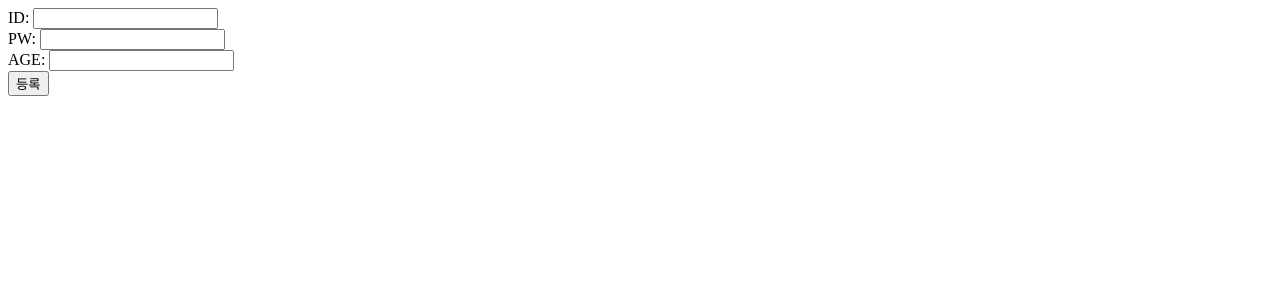
Repository: rmh6363/javastudy
Page: http://localhost/Test/insert.jsp
An editor plug-in stored every save of this project. The page is shown before and after the next save, followed by the edit.
The browser window is 1280 px wide. The pictures show the whole page.
The page is served by Tomcat 9.

Above is the page before, as saved 2021-01-03 05:01:14.

After the next save:
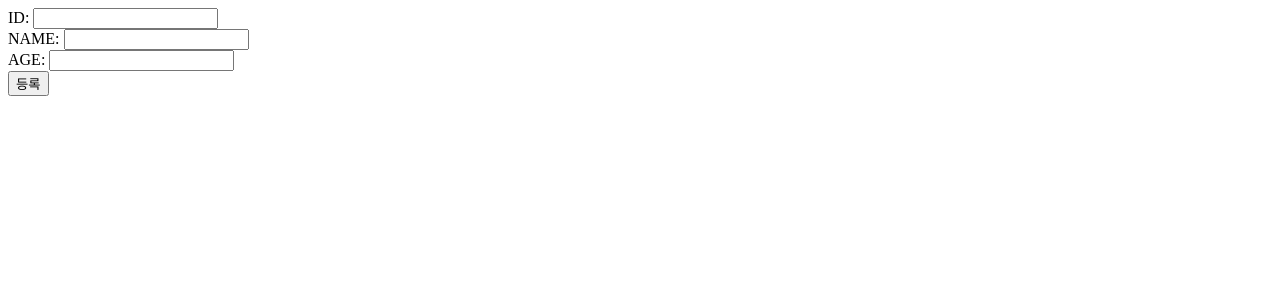
Saved 19 s later.
--- a/Test/WebContent/insert.jsp
+++ b/Test/WebContent/insert.jsp
@@ -13,8 +13,8 @@
 <body>
 <form action="insert.do">
 	ID: <input name="id"><br>
-	PW: <input name="pw" type="password"><br>
-	AGE: <input name="AGE"><br>
+	NAME: <input name="name"><br>
+	AGE: <input name="AGE" type="password"><br>
 	<input type="submit" value="등록">
 	</form>
 </body>
